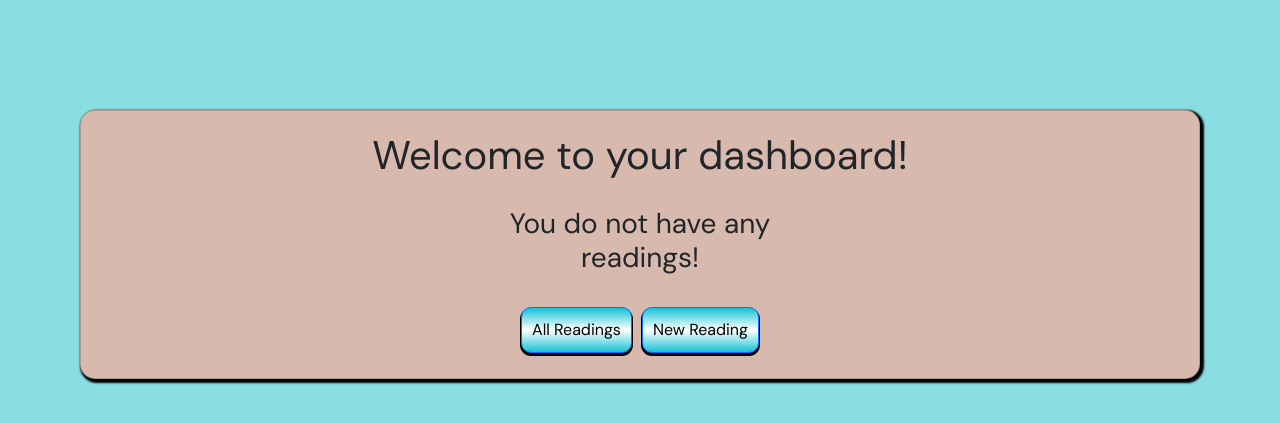
Repository: aiodell/my-glucose-checkup
Page: /dashboard (app in client/)
An editor plug-in stored every save of this project. The page is shown before and after the next save, followed by the edit.
The browser window is 1280 px wide. The pictures show the whole page.
The page's requests for data from a server got no answer. The project was rebuilt for these pictures with package versions that can differ from the ones it lists, and the page was loaded fresh each time. No one was signed in, and anything a server would have sent is missing. Also part of the build but not shown: client/src/components/Login.js, client/src/components/Signup.js, client/src/components/AllReadings.js, client/src/components/NewReading.js, client/src/components/Home.js, client/src/components/BglUpdateForm.js, client/src/components/BglEventDetails.js, client/src/components/NewBglEvent.js and 8 more.

Above is the page before, as saved 2022-10-06 07:06:27.

### client/src/index.js
import React from 'react';
import ReactDOM from 'react-dom/client';
import {BrowserRouter as Router} from "react-router-dom";
import 'bootstrap/dist/css/bootstrap.min.css';
import App from './App';

const root = ReactDOM.createRoot(document.getElementById('root'));
root.render(
  <React.StrictMode>
  <Router>
    <App />
  </Router>
  </React.StrictMode>
);

### client/src/App.js
import { useState, useEffect } from "react"
import { Switch, Route, useHistory } from "react-router-dom"
import NavBar from "./components/NavBar"
import Login from "./components/Login"
import Signup from "./components/Signup"
import Dashboard from "./components/Dashboard"
import AllReadings from "./components/AllReadings"
import NewReading from "./components/NewReading"
import Home from "./components/Home"
import BglEventDetails from "./components/BglEventDetails"
import NewBglEvent from "./components/NewBglEvent"
import Events from "./components/Events"
import UserProfile from "./components/UserProfile"
import CreateProfile from "./components/CreateProfile"
import AllUsers from "./components/AllUsers"
import './styles.css'

const App = () => {
  const [currentUser, setCurrentUser] = useState("")
  const [readings, setReadings] = useState([])
  const [events, setEvents] = useState([])
  const [users, setUsers] = useState([])
  const [following, setFollowing] = useState([])
  const history = useHistory()

  useEffect( () => {
    fetch(`/auto-login`)
    .then((r) => {
      if (r.ok) {
        r.json().then((user) => setCurrentUser(user))
      }else{
        history.push("/login")
      }
    })
  }, [ ])

	useEffect(() => {
		fetch("/events")
		.then((r) => r.json())
		.then(setEvents)
	}, [])

  useEffect(() => {
		fetch("/bgls")
		.then((r) => r.json())
		.then(setReadings)
	}, [])

  useEffect(() => {
    fetch("/users")
    .then((r) => r.json())
    .then(setUsers)
  }, [])

  useEffect(() => {
    fetch("/relationships")
    .then((r) => r.json())
    .then(setFollowing)
  }, [])

  const updateUser = (user) => setCurrentUser(user)

  const addNewReading = (newReading) => {setReadings(readings => [...readings, newReading])}

  const deleteReading = (deletedReading) => {
    setReadings((readings) => readings.filter((reading) => reading.id !== deletedReading))
  }

  const deleteEvent = (deletedEvent) => {
    setEvents((events) => events.filter((event) => event.id !== deletedEvent))
  }

  const updateBgl = (updatedBgl) => {
    setReadings((readings) => readings.map(bgl => bgl.id === updatedBgl.id ? updatedBgl : bgl))
  }

  // add follower to list
  const addNewFollow = (newFollow) => {
    setFollowing(following => [...following, newFollow])
    const copyOfCurrentUser = {...currentUser}
    copyOfCurrentUser.followees.push(newFollow)
    setCurrentUser(copyOfCurrentUser)
  }

  // delete follower from the list
  const deleteFollow = (deletedFollow) => {
    setFollowing((following) => following.filter((following) => following.id !== deletedFollow))
  }

  const removeCurrentFollowing = (deletedFollowee) => {
    const copyOfCurrentUser = {...currentUser}
    copyOfCurrentUser.followees = copyOfCurrentUser.followees.filter(followee => followee.followee_id !== deletedFollowee.followee_id)
    setCurrentUser(copyOfCurrentUser)
  }

   return (
   <div>
    <NavBar
      currentUser = {currentUser}
      updateUser = {updateUser}
    />
    <Switch>
      <Route exact path = "/login">
        <Login updateUser = {updateUser}/>
      </Route>
      <Route exact path = "/signup">
        <Signup />
      </Route>
      <Route exact path = "/dashboard">
        <Dashboard
        currentUser = {currentUser}
        readings = {readings}
        setReadings = {setReadings}
        following = {following}  // will be used to display the highs and lows of a user being followed
        users = {users}
        />
      </Route>
      <Route exact path= "/bgls/all">
        <AllReadings
        readings = {readings}
        setReadings = {setReadings}
        />
      </Route>
      <Route exact path= "/bgls/new">
        <NewReading addNewReading= {addNewReading} />
      </Route>
      <Route exact path= "/bgls/:id/">
        <BglEventDetails
          updateBgl = {updateBgl}
          deleteReading= {deleteReading}
          readings = {readings}
        />
      </Route>
      <Route exact path="/bgls/:id/bgl_events/new">
        <NewBglEvent events= {events}/>
      </Route>
      <Route exact path="/events">
        <Events
          deleteEvent = {deleteEvent}
          events = {events}
          setEvents = {setEvents}
        />
      </Route>
      <Route exact path= "/me">
        <UserProfile
        currentUser = {currentUser}
        users = {users}
        />
      </Route>
      <Route exact path = "/create-profile">
        <CreateProfile />
      </Route>
      <Route exact path= "/users">
        <AllUsers
        currentUser = {currentUser}
        users = {users}
        addNewFollow = {addNewFollow}
        deleteFollow = {deleteFollow}
        removeCurrentFollowing ={removeCurrentFollowing}
        />
      </Route>
      <Route exact path="/">
        <Home
        currentUser = {currentUser}
        setCurrentUser = {setCurrentUser}/>
      </Route>
    </Switch>
   </div>
  )
}

export default App;

### client/src/components/NavBar.js
import { useHistory, NavLink } from 'react-router-dom'
import Container from "react-bootstrap/Container"
import Nav from 'react-bootstrap/Nav';
import Navbar from 'react-bootstrap/Navbar';
import '../styles.css';

const NavBar = ({updateUser, currentUser}) => {
	const history = useHistory()

	// log out only available when logged in
	const handleLogout = (e) => {
		fetch(`/logout`, {
			method: 'DELETE'
		})
		.then(() => {
			updateUser("")
			history.push('/')
		})
	}

	return(
		<>
		{currentUser ?
			<Navbar bg="dark" variant="dark" expand="lg">
			<Container className="nav-bar">
				<Navbar.Brand>My Glucose Checkup</Navbar.Brand>
				<Navbar.Toggle aria-controls="basic-navbar-nav" />
				<Navbar.Collapse id="basic-navbar-nav"></Navbar.Collapse>
					<Nav className="me-auto">
						<NavLink className="nav-link" to="/dashboard">
							<Nav.Item>Dashboard</Nav.Item>
						</NavLink>
						<NavLink className="nav-link" to="/bgls/all">
							<Nav.Item>My BGLs</Nav.Item>
						</NavLink>
						<NavLink className="nav-link" to="/bgls/new">
							<Nav.Item>New Reading</Nav.Item>
						</NavLink>
						<NavLink className="nav-link" to="/me">
							<Nav.Item>My Account</Nav.Item>
						</NavLink>
						<NavLink className="nav-link" to="/users">
							<Nav.Item>All Users</Nav.Item>
						</NavLink>
						<Nav.Link onClick={handleLogout}>Logout</Nav.Link>
					</Nav>
			</Container>
		</Navbar> : null }
		</>
	)
}

export default NavBar

### client/src/components/Dashboard.js
import { useState, useEffect } from "react"
import {useHistory, Link, NavLink } from "react-router-dom"
import Container from "react-bootstrap/Container"
import Card from "react-bootstrap/Card"
import Button from "react-bootstrap/Button"
import Col from 'react-bootstrap/Col';
import Row from 'react-bootstrap/Row';

const Dashboard = ({currentUser}) => {
	const[readings, setReadings] = useState([])
	const[errors, setErrors] = useState([])
	const history= useHistory()

	// get the bgls for the user
	useEffect(() => {
		fetch("/bgls")
		.then(r => {
			if(r.ok){
				r.json().then(data => setReadings(data))
			}else{
				r.json().then(data => {
					setErrors(data.errors)
					history.push("/login")
				})
			}
		})
	}, [ ])

	// sort the highest, lowest, and most current value
	const lowestValue = [...readings].sort((a,b) => a.value - b.value)
	const highestValue = [...readings].sort((a,b) => b.value - a.value)
	const highestId =[...readings].sort((a,b) => b.id - a.id)

	const average = (arr) => {
		const { length } = arr
		return arr.reduce((acc, val) => {
			return acc + (val.value/length)
		}, 0)
	}

	const renderAverage = parseInt(average(readings))

	const renderLowest = lowestValue.slice(0,1).map((num) => {
		return(
			<div>
				<h2 key={num.id}> Lowest: {num.value}</h2>
			<Link to= {`/bgls/${num.id}`} className="small-link"> View Details</Link>
			</div>
		)
	})

	const renderHighest = highestValue.slice(0,1).map((num)=> {
		return(
			<div>
				<h2 key={num.id}> Highest: {num.value}</h2>
				<Link to= {`/bgls/${num.id}`} className="small-link"> View Details</Link>
			</div>
		)
	})

	const renderCurrent = highestId.slice(0,1).map((num) => {
		return(
		<>
			<Card className="current-bgl">
				<h1 className="current-txt" key={num.id}> {num.value} </h1>
			</Card>
			<Link to= {`/bgls/${num.id}`} className="small-link"> View Details</Link>
		</>
		)
	})

	// will return a dashboard alongside any highs and lows of followed users
	return(
		<Container className="container-style">
			{errors ? errors.map(e => <section>{e}</section>):null}
			<Card className="dash-container">
				{currentUser.first_name ? <h1 className="dash-title">
					Welcome to your dashboard, {currentUser.first_name} </h1>
					: <h1>Welcome to your dashboard!</h1> }
				{currentUser.admin ?
				<>
					<Row>
						<p>You are in admin mode</p>
							{renderCurrent}
					</Row>
						<Row className="low-high-avg">
							<Col>{renderLowest}</Col>
							<Col>
								{renderAverage === 0 ? <h3> You do not have any readings!</h3> :
								 	<h2> Average: {renderAverage}</h2>
								 }
							</Col>
							<Col>{renderHighest}</Col>
						</Row>
						<div>
							<NavLink to="/events">
								<Button className="btns" >All Events</Button>
							</NavLink>
							<NavLink to="/bgls/all">
								<Button className="btns">All Test Readings</Button>
							</NavLink>
							<NavLink to="/bgls/new">
								<Button className="btns">New Test Reading</Button>
							</NavLink>
						</div>
						<div>
							{/* Add updates from followed users here */}
						</div>
				</> :
				<>
					<Row>
						{renderCurrent}
					</Row>
						<Row className="low-high-avg">
							<Col>{renderLowest}</Col>
							<Col>
								{renderAverage === 0 ? <h3> You do not have any readings!</h3> :
								 	<h2> Average: {renderAverage}</h2>
								}
							</Col>
							<Col>{renderHighest}</Col>
						</Row>
						<div>
							<NavLink to="/bgls/all">
								<Button className="btns">All Readings</Button>
							</NavLink>
							<NavLink to="/bgls/new">
								<Button className="btns">New Reading</Button>
							</NavLink>
						</div>
				</> }
			</Card>
		</Container>
	)
}

export default Dashboard

### client/src/styles.css
@import url('https://fonts.googleapis.com/css2?family=DM+Sans&display=swap');
@import url('https://fonts.googleapis.com/css2?family=Carter+One&family=DM+Sans&display=swap');

body {
  font-family: 'DM Sans', sans-serif;
  background-color:	#89dee2;
  margin: 0px;
}

/*Universal */
.btns {
  background-image: linear-gradient(#16c2d5, #ffffff,#16c2d5);
  color: rgb(0, 0, 0);
  padding: 10px;
  margin: 5px;
  text-align: center;
  border-radius: 10px;
  box-shadow: 0px 2px 0px 1px black;
  text-decoration: none;
}

.container-style{
  text-align: center;
  padding: 10px;
  position: relative;
}

.navbar-brand{
  font-family: 'Carter One', cursive;
  font-size: 2rem;
  text-align:left
}

/*Home Page */
.Home {
  text-align: center;
}

.home-background {
  background-color: #88c7b2;
  min-height: 100vh;
  display: flex;
  flex-direction: column;
  align-items: center;
  justify-content: center;
  font-size: calc(10px + 2vmin);
  color: white;
}

.welcome {
  font-family: 'Carter One', cursive;
  text-shadow: 2px 2px black;
  text-align: center;
}

.home-btn-div {
  align-content: center;
}

/*Forms */
.form-style{
  margin-top: 100px;
  border-radius: 20px;
  box-shadow: 0px 2px 0px 1px black;
  background-image: linear-gradient(#67eabe, #ffffff);
  color: rgb(0, 0, 0);
}
.title{
  padding: 20px;
  position: relative;
}

/*Dashbord */
.dash-container{
  margin-top: 100px;
  padding: 20px;
  background: #d7baad;
  box-shadow: 2px 2px 2px 2px black;
  border-radius: 15px;
  position: relative;
}

.current-bgl{
  border-radius: 50%;
  height: 150px;
  width: 150px;
  vertical-align: middle;
  left: 44%;
  position: relative;
  box-shadow: 2px 2px 2px 2px black;
  background-image: linear-gradient(#67eabe, #ffffff);
}

.current-txt{
  text-align: center;
  font-size: 4rem;
  padding-top: 40px;
  padding-left: 5px;
  position: relative;
}

.low-high-avg{
  padding: 20px;
  position: relative;
}

.dash-title{
  font-family: 'Carter One', cursive;
  text-shadow: 2px 2px 2px black;
  color: white
}

/*Events */

.list{
  list-style: none;
  padding: 5px;
  font-size: 150%;
}

.event-container-style{
  text-align: center;
  padding: 10px;
  position: relative;
  margin: 5px;
}

.delete-btn{
  background-image: linear-gradient(#67eabe, #ffffff);
  color: rgb(0, 0, 0);
  padding: 5px;
  margin: 5px;
  text-align: center;
  box-shadow: 0px 2px 0px 1px black;
  text-decoration: none;
}
.event-card{
  vertical-align: middle;
  left: 39%;
  position: relative;
}

/*All bgls*/
.all-bgl-container-style{
  align-content: center;
  margin-top: 20px;
  text-align: center;
  display: relative;
  position:relative;
  max-width: 50%;
}

.link-text-style{
  text-decoration: none;
}

.pages {
  display: flex;
  justify-content: center;
  margin-top: 20px;
}

.bgl-card{
  margin: 10px;
  text-decoration: none;
  color: black;
  box-shadow: 0px 2px 0px 2px black;
}

.card-title{
  font-size: 150%;
}

.search {
  width: 50%;
  text-align: center;

  position: relative;
  display: block;
  margin: auto;
  padding: 2rem;
}

.searchTerm {
  text-align: center;
  width: 100%;
  border: 3px solid #004e59;
  padding: 5px;
  height: 3rem;
  border-radius: 5px;
  outline: none;
  font-size: 1.5rem;
}

/* Profile Completion Form */
.form-title{
  text-align: center;
  margin-top: 15px;
}

.profile-completion{
  text-align: center;
  padding: 15px;
  margin: 10px;
  box-shadow: 1px 2px 0px 1px black;
  background-image: linear-gradient(#eaeaea, #ffffff);
  color: rgb(0, 0, 0);
}

.profile-label{
  margin-bottom: 5px;
  margin-top: 10px;
}

.form-check{
  margin-top: 5px
}

/*profile container*/
.profile-container{
  align-content: center;
  margin-top: 20px;
  text-align: center;
  display: relative;
  position:relative;
  max-width: 50%;
}

Loaded but not shown: client/public/index.html (common file)

After the next save:
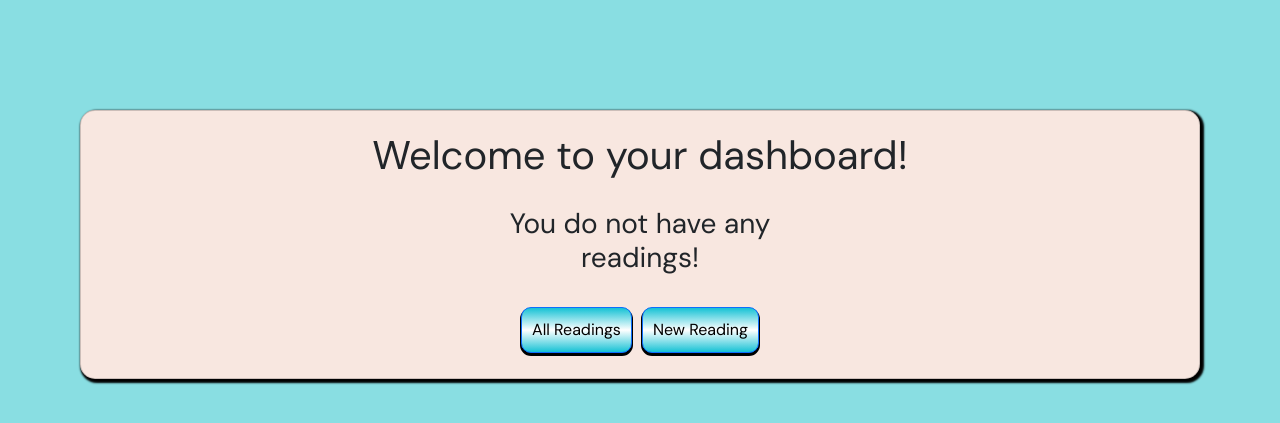
Saved 10 s later.
--- a/client/src/styles.css
+++ b/client/src/styles.css
@@ -74,7 +74,7 @@ body {
 .dash-container{
   margin-top: 100px;
   padding: 20px;
-  background: #d7baad;
+  background: #f8e7e0;
   box-shadow: 2px 2px 2px 2px black;
   border-radius: 15px;
   position: relative;
